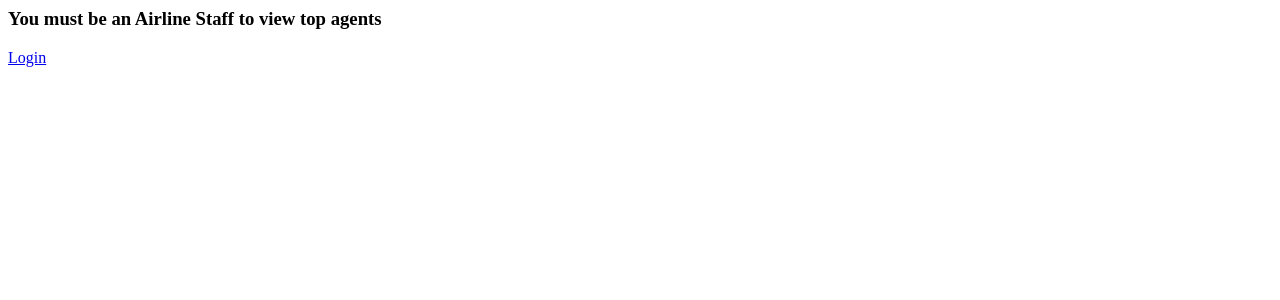
Repository: farhasan/Poly-Airlines
Page: http://localhost/features/top_customers.php
The author's editor kept a record of every edit. The page is drawn from the files as they stood at one moment, then again after the next edit.
The browser window is 1280 px wide. The pictures show the whole page.
The page is run by PHP 8.4 with error messages shown; the project is at /var/www/html/.

Above is the page before.

After the next edit:
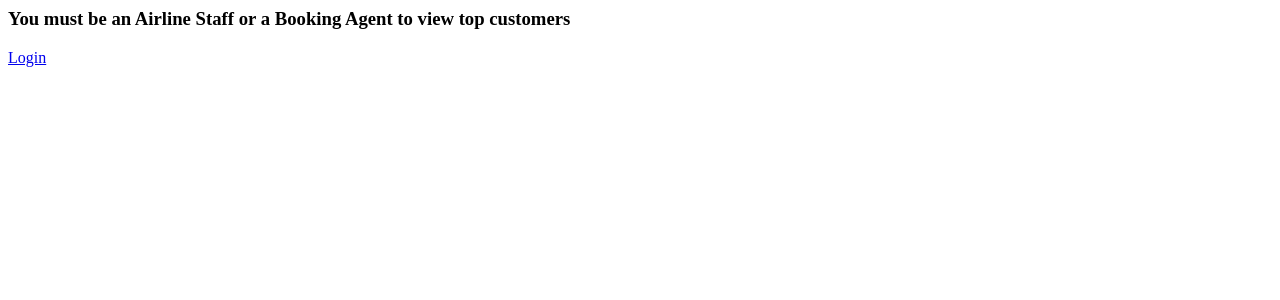
The edit:
--- a/features/top_customers.php
+++ b/features/top_customers.php
@@ -19,6 +19,6 @@
 <a href="../index.php">Home</a>
 
 <?php else: ?>
-<h3>You must be an Airline Staff to view top agents</h3>
+<h3>You must be an Airline Staff or a Booking Agent to view top customers</h3>
 <a href="../../logins/login.php">Login</a>
 <?php endif; ?>
